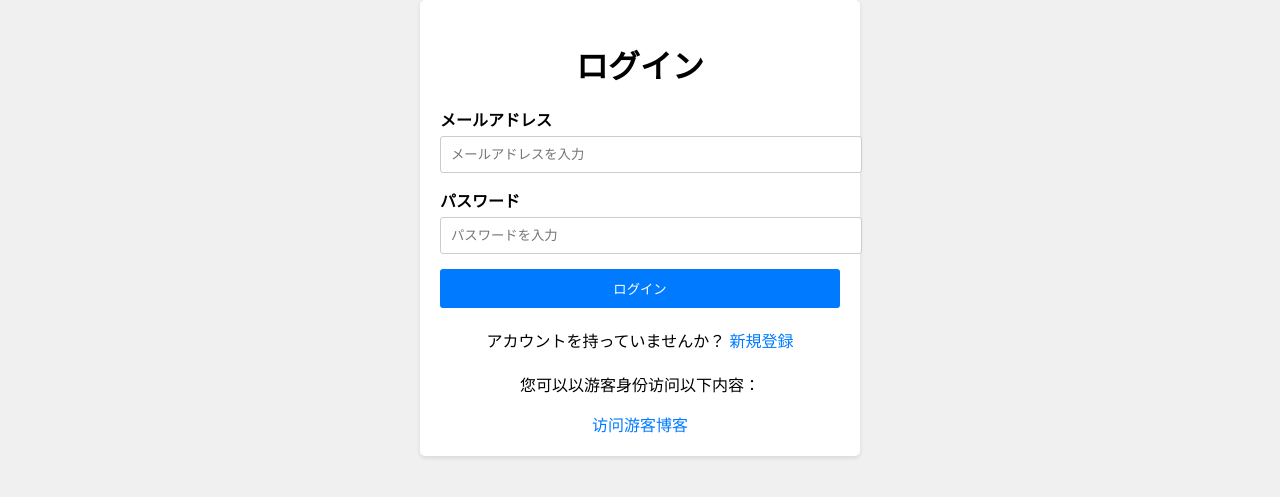
Repository: Jutta197/blog_0815
Page: src/main/resources/static/admin_login.html
An editor plug-in stored every save of this project. The page is shown before and after the next save, followed by the edit.
The browser window is 1280 px wide. The pictures show the whole page.

Above is the page before, as saved 2023-08-15 12:37:07.

After the next save:
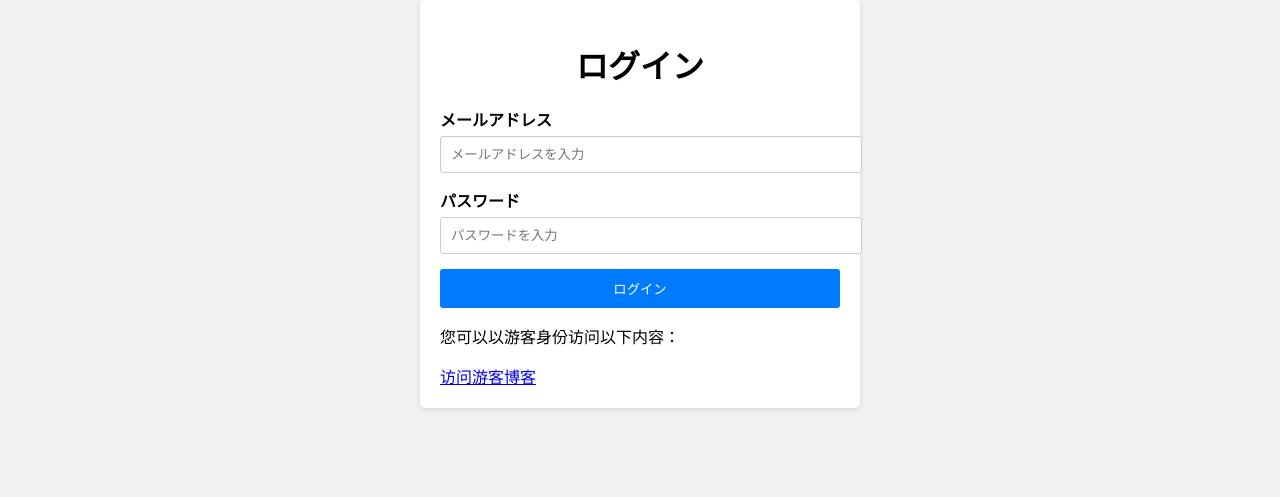
Saved 14 s later.
--- a/src/main/resources/static/admin_login.html
+++ b/src/main/resources/static/admin_login.html
@@ -18,10 +18,7 @@
             <input type="password" id="password" name="password" placeholder="パスワードを入力">
             <input type="submit" value="ログイン" id="submit-button">
         </form>
-        <div class="signup-link">
-            <p class="mb-0">アカウントを持っていませんか？ <a href="#!" class="text-white-50 fw-bold">新規登録</a></p>
-        </div>
-        <div class="guest-access">
+        <div>
             <p>您可以以游客身份访问以下内容：</p>
             <a href="/guest-blog">访问游客博客</a>
         </div>
